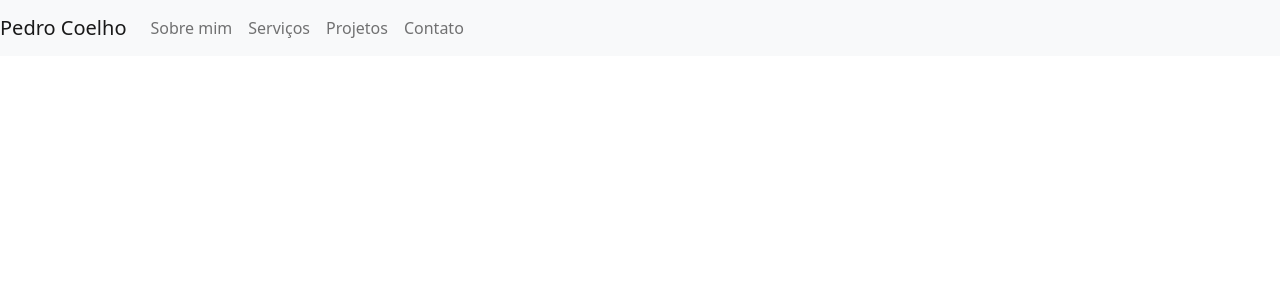
Repository: PedroHQCoelho/portfolio
Page: index.html
These files come from the project's save history. The page is drawn as it stood at one moment and after the next save; the edit follows.
The browser window is 1280 px wide. The pictures show the whole page.

Above is the page before, as saved 2022-05-24 17:36:36.

After the next save:
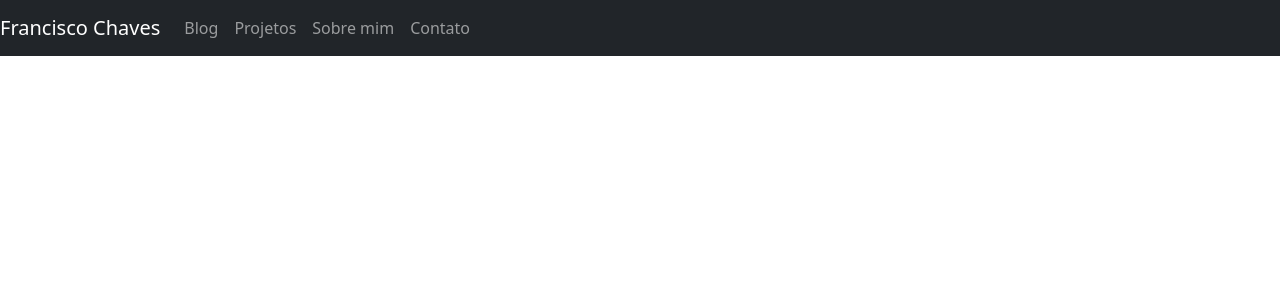
Saved 6 min 24 s later.
--- a/index.html
+++ b/index.html
@@ -12,31 +12,30 @@
     <link rel="stylesheet" href="style.css">
 </head>
 <body>
-    <nav class="navbar navbar-expand-lg navbar-light bg-light">
-        <a class="navbar-brand" href="#">Pedro Coelho</a>
+    <nav class="navbar navbar-expand-lg navbar-dark bg-dark">
+        <a class="navbar-brand" href="#">Francisco Chaves</a>
         <button class="navbar-toggler" type="button" data-toggle="collapse" data-target="#navbarSupportedContent" aria-controls="navbarSupportedContent" aria-expanded="false" aria-label="Toggle navigation">
-          <span class="navbar-toggler-icon"></span>
+            <span class="navbar-toggler-icon"></span>
         </button>
+        <div class="collapse navbar-collapse" id="navbarSupportedContent">
+            <ul class="navbar-nav mr-auto">
 
-        <div class="collapse navbar-collapse" id="navbarSupportedContent">
-          <ul class="navbar-nav mr-auto">
-
-          </ul>
-          <ul class="navbar-nav">
-            <li class="nav-item">
-                <a class="nav-link" href="#">Sobre mim</a>
-            </li>
-            <li class="nav-item">
-                <a class="nav-link" href="#">Serviços</a>
-            </li>
-            <li class="nav-item">
-                <a class="nav-link" href="#">Projetos</a>
-            </li>
-            <li class="nav-item">
-                <a class="nav-link" href="#">Contato</a>
-            </li>
-          </ul>
+            </ul>
+            <ul class="navbar-nav">
+                 <li class="nav-item">
+                    <a class="nav-link" href="https://blog.franciscochaves.com">Blog</a>
+                </li>
+                <li class="nav-item">
+                    <a class="nav-link" href="#projetos">Projetos</a>
+                </li>
+                <li class="nav-item">
+                    <a class="nav-link" href="#sobre-mim">Sobre mim</a>
+                </li>
+                <li class="nav-item">
+                    <a class="nav-link" href="#contato">Contato</a>
+                </li>
+            </ul>
         </div>
-      </nav>
+    </nav>
 </body>
 </html>

After the save that followed:
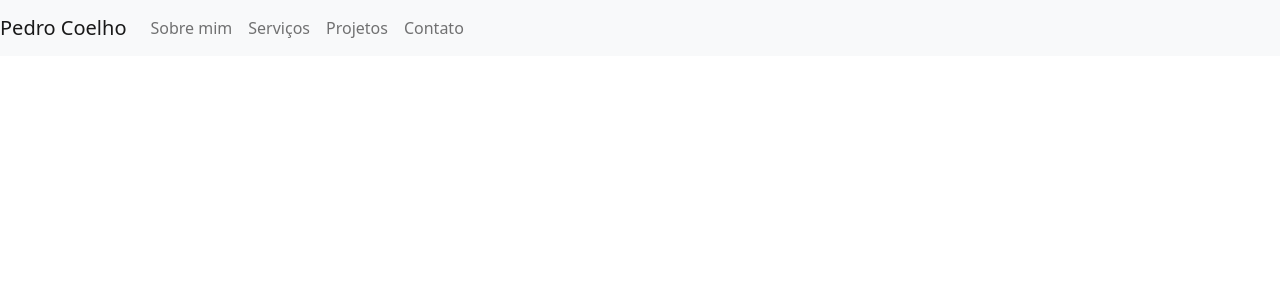
Saved 8 s later.
--- a/index.html
+++ b/index.html
@@ -12,30 +12,31 @@
     <link rel="stylesheet" href="style.css">
 </head>
 <body>
-    <nav class="navbar navbar-expand-lg navbar-dark bg-dark">
-        <a class="navbar-brand" href="#">Francisco Chaves</a>
+    <nav class="navbar navbar-expand-lg navbar-light bg-light">
+        <a class="navbar-brand" href="#">Pedro Coelho</a>
         <button class="navbar-toggler" type="button" data-toggle="collapse" data-target="#navbarSupportedContent" aria-controls="navbarSupportedContent" aria-expanded="false" aria-label="Toggle navigation">
-            <span class="navbar-toggler-icon"></span>
+          <span class="navbar-toggler-icon"></span>
         </button>
+
         <div class="collapse navbar-collapse" id="navbarSupportedContent">
-            <ul class="navbar-nav mr-auto">
+          <ul class="navbar-nav mr-auto">
 
-            </ul>
-            <ul class="navbar-nav">
-                 <li class="nav-item">
-                    <a class="nav-link" href="https://blog.franciscochaves.com">Blog</a>
-                </li>
-                <li class="nav-item">
-                    <a class="nav-link" href="#projetos">Projetos</a>
-                </li>
-                <li class="nav-item">
-                    <a class="nav-link" href="#sobre-mim">Sobre mim</a>
-                </li>
-                <li class="nav-item">
-                    <a class="nav-link" href="#contato">Contato</a>
-                </li>
-            </ul>
+          </ul>
+          <ul class="navbar-nav">
+            <li class="nav-item">
+                <a class="nav-link" href="#">Sobre mim</a>
+            </li>
+            <li class="nav-item">
+                <a class="nav-link" href="#">Serviços</a>
+            </li>
+            <li class="nav-item">
+                <a class="nav-link" href="#">Projetos</a>
+            </li>
+            <li class="nav-item">
+                <a class="nav-link" href="#">Contato</a>
+            </li>
+          </ul>
         </div>
-    </nav>
+      </nav>
 </body>
 </html>
